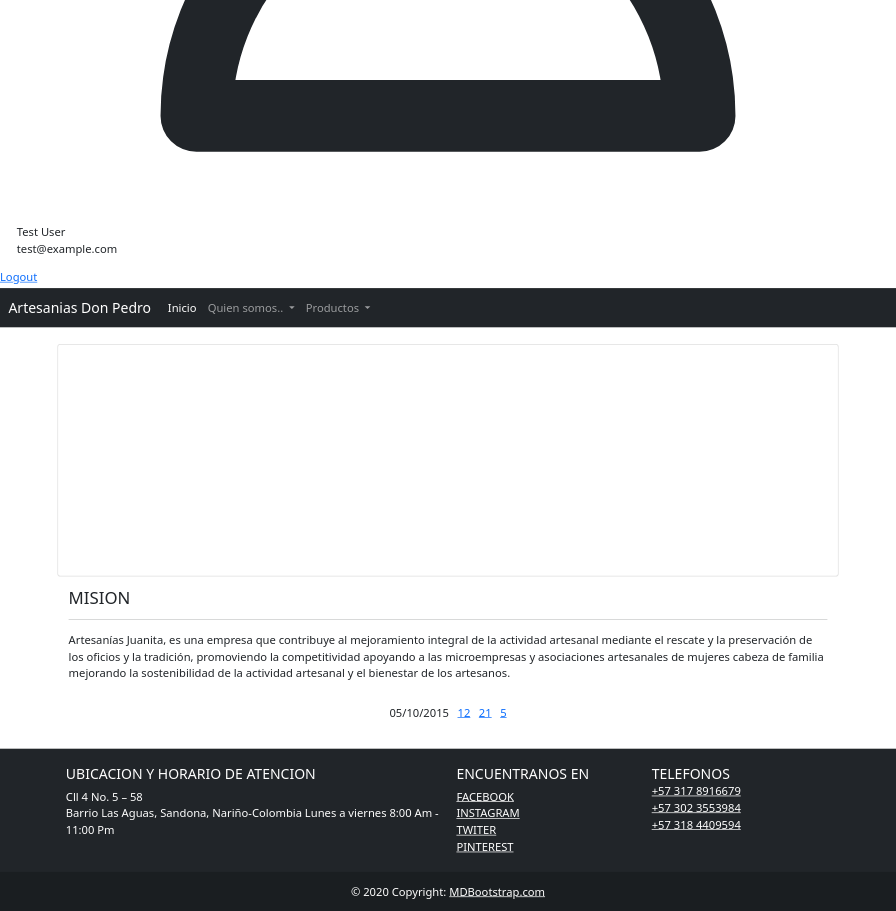
Repository: PG210/taller_artesania
Page: http://localhost/arte/mision
An editor plug-in stored every save of this project. The page is shown before and after the next save, followed by the edit.
The browser window is 1280 px wide. The pictures show the part of the page from y = 2431 to 4351 px (the page is 3733 px tall before and 4351 px after), at 70% of full size.
Pictures or frames that could not be fetched are drawn as grey boxes. The page is served by the project's Laravel application, run on PHP 8.4 with Laravel 8. A made-up administrator, Test User (test@example.com), is signed in.

Above is the page before, as saved 2021-01-14 15:59:22.

After the next save:
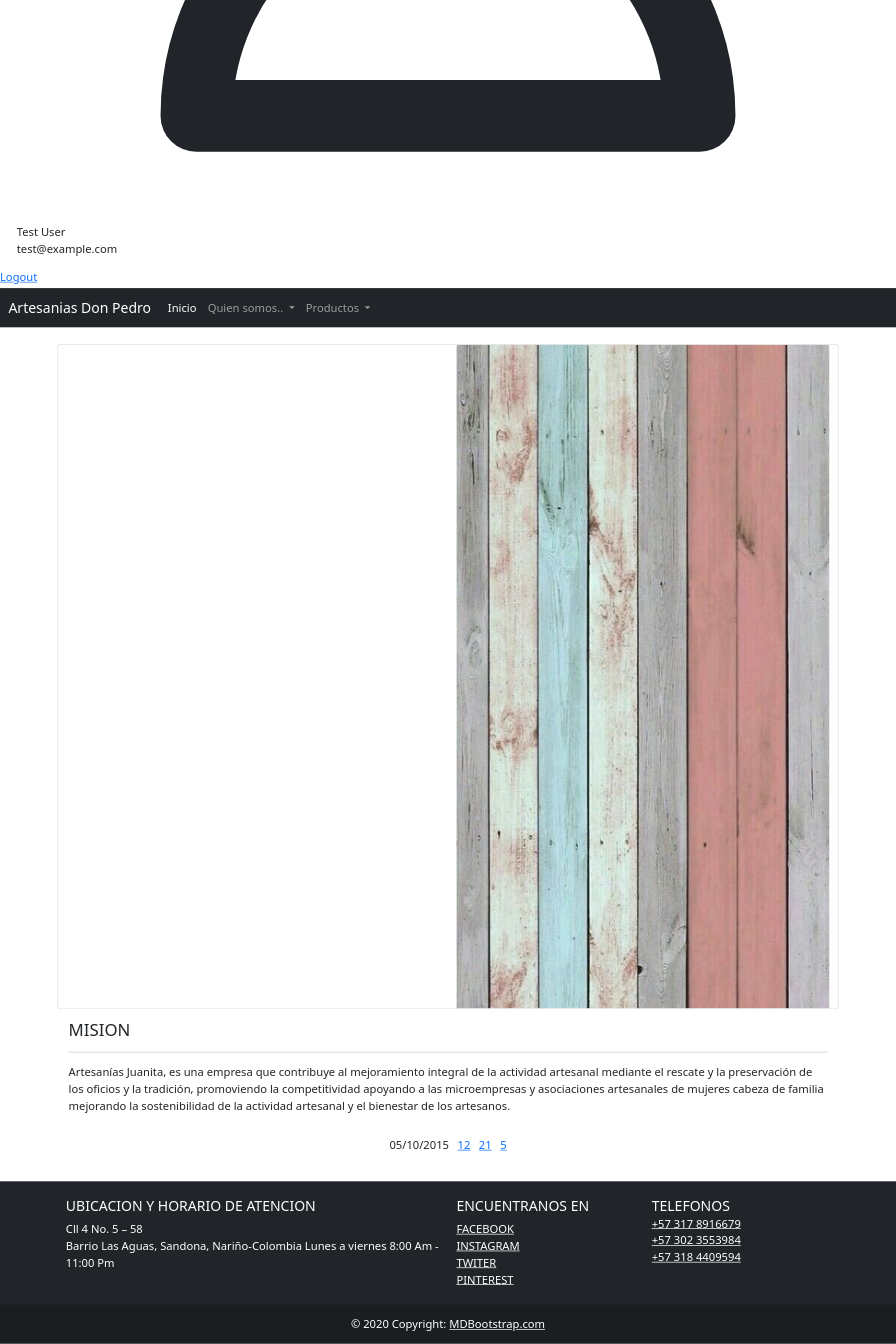
Saved 46 s later.
--- a/resources/views/arte/mision.blade.php
+++ b/resources/views/arte/mision.blade.php
@@ -16,7 +16,7 @@
                 <div class="view overlay ">
                     <video loop="true " muted autoplay width="530 " height="300 ">
                     <source src='{{url("/img/video.mp4")}}' type="video/mp4 " alt="Card image cap ">
-                        <img class="card-img-top" src={{url("/img/video.mp4")}} alt="Card image cap">
+
                 <a>
                     <div class="mask " style=" background-color: rgba(230, 179, 179, 0.5) "></div>
                 </a>
@@ -24,6 +24,7 @@
 
             </div>
             <div class="col-lg-6">
+                <img class="card-img-top" src={{url("/img/3.jpg")}} alt="Card image cap">
 
             </div>
             </div>
